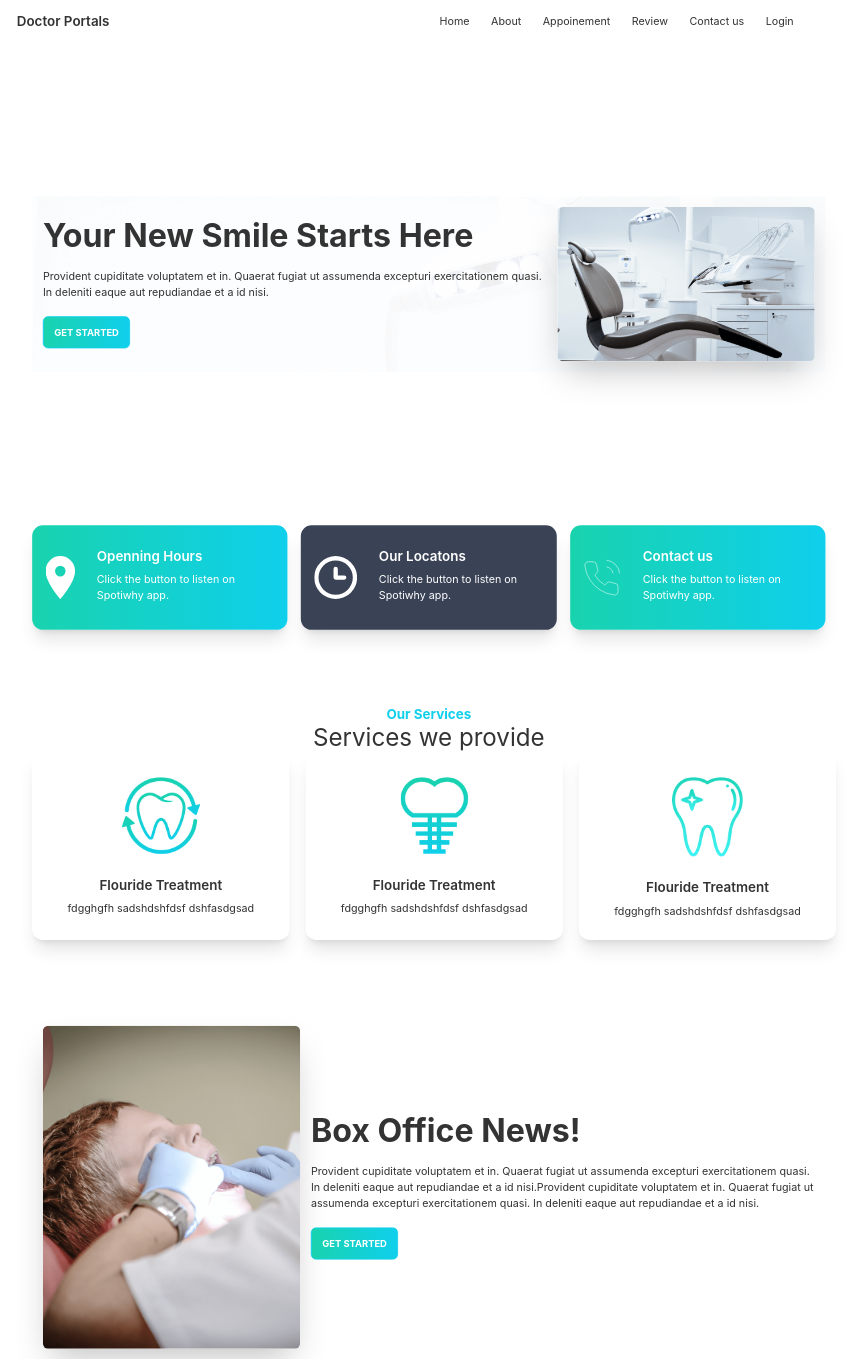
Repository: devsajid/doctors-portal-client
Page: /
The author's editor kept a copy of each file at every save. The page is drawn from the files as they stood at one save, then again after the next save.
The browser window is 1280 px wide. The pictures show the whole page, at 67% of full size.
Backgrounds fixed to the window are drawn as part of the page. The project was rebuilt for these pictures with package versions that can differ from the ones it lists, and the page was loaded fresh each time. Also part of the build but not shown: src/App.css, src/Pages/About/About.js, src/Pages/Appoinment/Appoinment.js, src/Pages/Contact/Contact.js, src/Pages/Login/Login.js, src/Pages/Review/Review.js.

Above is the page before, as saved 2022-08-05 22:45:07.

### src/index.js
import React from "react";
import ReactDOM from "react-dom/client";
import "./index.css";
import App from "./App";
import reportWebVitals from "./reportWebVitals";
import { BrowserRouter } from "react-router-dom";
const root = ReactDOM.createRoot(document.getElementById("root"));
root.render(
  <React.StrictMode>
    <BrowserRouter>
      <App />
    </BrowserRouter>
  </React.StrictMode>
);

reportWebVitals();

### src/App.js
import "./App.css";
import Navbar from "./Pages/Home/Share/Navbar/Navbar";
import { Routes, Route } from "react-router-dom";
import Home from "./Pages/Home/Home";
import About from "./Pages/About/About";
import Appoinement from "./Pages/Appoinment/Appoinment";
import Contact from "./Pages/Contact/Contact";
import Login from "./Pages/Login/Login";
import Review from "./Pages/Review/Review";
function App() {
  return (
    <div>
      <Navbar></Navbar>
      <Routes>
        <Route path="/" element={<Home />} />
        <Route path="about" element={<About />} />
        <Route path="appoinement" element={<Appoinement />} />
        <Route path="contact" element={<Contact />} />
        <Route path="login" element={<Login />} />
        <Route path="review" element={<Review />} />
      </Routes>
    </div>
  );
}

export default App;

### src/Pages/Home/Share/Navbar/Navbar.js
import React from "react";
import { Link } from "react-router-dom";

const Navbar = () => {
  const menuItem = (
    <>
      {" "}
      <li>
        <Link to="/">Home</Link>
      </li>
      <li>
        <Link to="about">About</Link>
      </li>
      <li>
        <Link to="appoinement">Appoinement</Link>
      </li>
      <li>
        <Link to="review">Review</Link>
      </li>
      <li>
        <Link to="contact">Contact us</Link>
      </li>
      <li>
        <Link to="login">Login</Link>
      </li>
    </>
  );
  return (
    <div>
      <div class="navbar   bg-base-100">
        <div class="navbar-start">
          <div class="dropdown">
            <label tabindex="0" class="btn btn-ghost lg:hidden">
              <svg
                xmlns="http://www.w3.org/2000/svg"
                class="h-5 w-5"
                fill="none"
                viewBox="0 0 24 24"
                stroke="currentColor"
              >
                <path
                  stroke-linecap="round"
                  stroke-linejoin="round"
                  stroke-width="2"
                  d="M4 6h16M4 12h8m-8 6h16"
                />
              </svg>
            </label>
            <ul
              tabindex="0"
              class="menu menu-compact dropdown-content mt-3 p-2 shadow bg-base-100 rounded-box w-52"
            >
              {menuItem}
            </ul>
          </div>
          <a class="btn btn-ghost normal-case text-xl">Doctor Portals</a>
        </div>
        <div class="navbar-center hidden lg:flex">
          <ul class="menu menu-horizontal p-0">{menuItem}</ul>
        </div>
      </div>
    </div>
  );
};

export default Navbar;

### src/Pages/Home/Home.js
import React from "react";
import Services from "../Services/Services";
import Terms from "../Terms/Terms";
import Banner from "./Banner/Banner";
import Info from "./Info/Info";

const Home = () => {
  return (
    <div className="px-12">
      <Banner></Banner>
      <Info></Info>
      <Services></Services>
      <Terms></Terms>
    </div>
  );
};

export default Home;

### src/Pages/Services/Services.js
import React from "react";
import fluoride from "../../assets/images/fluoride.png";
import cavity from "../../assets/images/cavity.png";
import whitening from "../../assets/images/whitening.png";
import Service from "./Service";
const Services = () => {
  const services = [
    {
      _id: 1,
      name: "Flouride Treatment",
      description: "fdgghgfh sadshdshfdsf dshfasdgsad",
      img: fluoride,
    },
    {
      _id: 2,
      name: "Flouride Treatment",
      description: "fdgghgfh sadshdshfdsf dshfasdgsad",
      img: cavity,
    },
    {
      _id: 3,
      name: "Flouride Treatment",
      description: "fdgghgfh sadshdshfdsf dshfasdgsad",
      img: whitening,
    },
  ];
  return (
    <div className="my-28">
      <div className="text-center">
        <h3 className="text-primary text-xl font-bold upparecase">
          Our Services
        </h3>
        <h1 className="text-4xl">Services we provide</h1>
      </div>
      <div className="grid sm:grid-cols-1 md:grid-cols-2 lg:grid-cols-3 gap-10">
        {" "}
        {services.map((service) => (
          <Service key={service._id} service={service}></Service>
        ))}
      </div>
    </div>
  );
};

export default Services;

### src/Pages/Terms/Terms.js
import React from "react";
import treatment from "../../assets/images/treatment.png";
import PrimaryButton from "../Home/Share/Navbar/PrimaryButton/PrimaryButton";
const Terms = () => {
  return (
    <div class="hero">
      <div class="hero-content pl-30 flex-col lg:flex-row ml-">
        <img
          src={treatment}
          class="max-w-sm rounded-lg shadow-2xl"
          alt="treatmaent"
        />
        <div>
          <h1 class="text-5xl font-bold">Box Office News!</h1>
          <p class="py-6">
            Provident cupiditate voluptatem et in. Quaerat fugiat ut assumenda
            excepturi exercitationem quasi. In deleniti eaque aut repudiandae et
            a id nisi.Provident cupiditate voluptatem et in. Quaerat fugiat ut
            assumenda excepturi exercitationem quasi. In deleniti eaque aut
            repudiandae et a id nisi.
          </p>
          <PrimaryButton></PrimaryButton>
        </div>
      </div>
    </div>
  );
};

export default Terms;

### src/Pages/Home/Banner/Banner.js
import React from "react";
import chair from "../../../assets/images/chair.png";
import bg from "../../../assets/images/bg.png";
import PrimaryButton from "../Share/Navbar/PrimaryButton/PrimaryButton";
const Banner = () => {
  return (
    <div>
      <div class="hero min-h-screen ">
        <div
          class="hero-content bg-fixed flex-col lg:flex-row-reverse"
          style={{ backgroundImage: `url(${bg})` }}
        >
          <img src={chair} class="max-w-sm rounded-lg shadow-2xl" />
          <div>
            <h1 class="text-5xl font-bold">Your New Smile Starts Here</h1>
            <p class="py-6">
              Provident cupiditate voluptatem et in. Quaerat fugiat ut assumenda
              excepturi exercitationem quasi. In deleniti eaque aut repudiandae
              et a id nisi.
            </p>
            <PrimaryButton></PrimaryButton>
          </div>
        </div>
      </div>
    </div>
  );
};

export default Banner;

### src/Pages/Home/Info/Info.js
import React from "react";
import InfoCard from "../Info/InfoCard";
import clock from "../../../assets/icons/clock.svg";
import marker from "../../../assets/icons/marker.svg";
import phone from "../../../assets/icons/phone.svg";
const Info = () => {
  return (
    <div className="grid grid-cols-1 lg:grid-cols-3 gap-5 ">
      <InfoCard
        cardTitle="Openning Hours"
        bgClass="bg-gradient-to-r from-secondary to-primary"
        img={marker}
      ></InfoCard>
      <InfoCard
        cardTitle="Our Locatons"
        bgClass="bg-accent"
        img={clock}
      ></InfoCard>
      <InfoCard
        cardTitle="Contact us"
        bgClass="bg-gradient-to-r from-secondary to-primary"
        img={phone}
      ></InfoCard>
    </div>
  );
};

export default Info;

### src/Pages/Services/Service.js
import React from "react";

const Service = ({ service }) => {
  return (
    <div class="card lg:max-w-lg w-96 bg-base-100 shadow-xl">
      <figure class="px-10 pt-10">
        <img src={service.img} alt="Shoes" class="rounded-xl" />
      </figure>
      <div class="card-body items-center text-center">
        <h2 class="card-title">{service.name}</h2>
        <p>{service.description}</p>
      </div>
    </div>
  );
};

export default Service;

### src/Pages/Home/Share/Navbar/PrimaryButton/PrimaryButton.js
import React from "react";

const PrimaryButton = () => {
  return (
    <div>
      <button class="btn btn-primary uppercase text-white font-bold bg-gradient-to-r from-secondary to-primary">
        Get Started
      </button>{" "}
    </div>
  );
};

export default PrimaryButton;

### src/Pages/Home/Info/InfoCard.js
import React from "react";

const InfoCard = ({ img, cardTitle, bgClass }) => {
  return (
    <div class={`card lg:card-side shadow-xl ${bgClass}`}>
      <figure className="pl-5">
        <img src={img} alt="Album" />
      </figure>
      <div class="card-body text-white">
        <h2 class="card-title">{cardTitle}</h2>
        <p>Click the button to listen on Spotiwhy app.</p>
        <div class="card-actions justify-end"></div>
      </div>
    </div>
  );
};

export default InfoCard;

### tailwind.config.js
/** @type {import('tailwindcss').Config} */
module.exports = {
  content: ["./src/**/*.{html,js}"],
  theme: {
    extend: {},
  },
  daisyui: {
    themes: [
      {
        doctortheme: {
          primary: "#0fcfec",
          secondary: "#19D3AE",
          accent: "#3A4256",
          neutral: "#3d4451",
          "base-100": "#ffffff",
        },
      },
      "dark",
      "cupcake",
    ],
  },
  plugins: [require("daisyui")],
};

Loaded but not shown: public/index.html (common file); src/index.css (common file); src/reportWebVitals.js (common file)

After the next save:
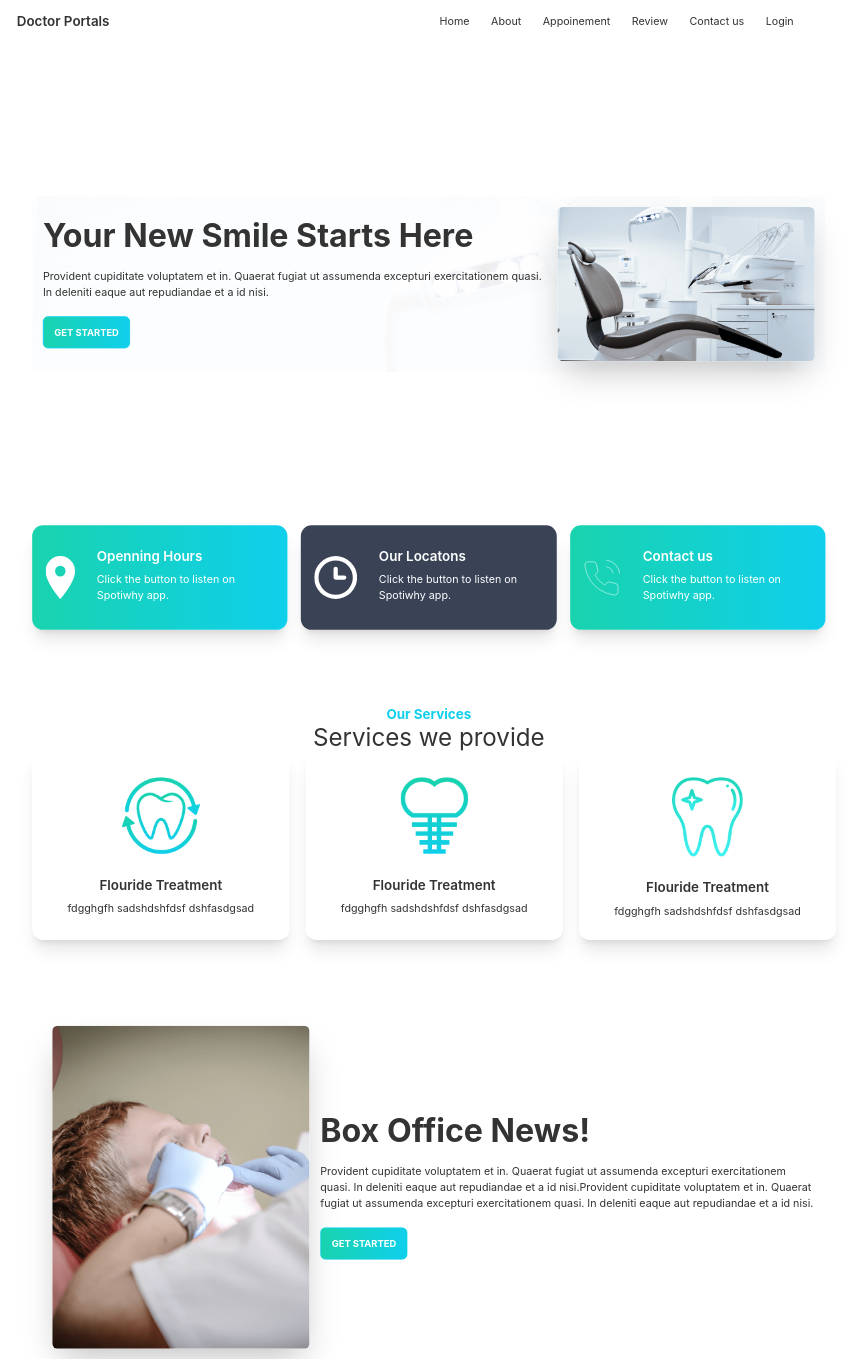
Saved 5 s later.
--- a/src/Pages/Terms/Terms.js
+++ b/src/Pages/Terms/Terms.js
@@ -4,7 +4,7 @@
 const Terms = () => {
   return (
     <div class="hero">
-      <div class="hero-content pl-30 flex-col lg:flex-row ml-">
+      <div class="hero-content pl-30 flex-col lg:flex-row ml-3.5">
         <img
           src={treatment}
           class="max-w-sm rounded-lg shadow-2xl"

After the save that followed:
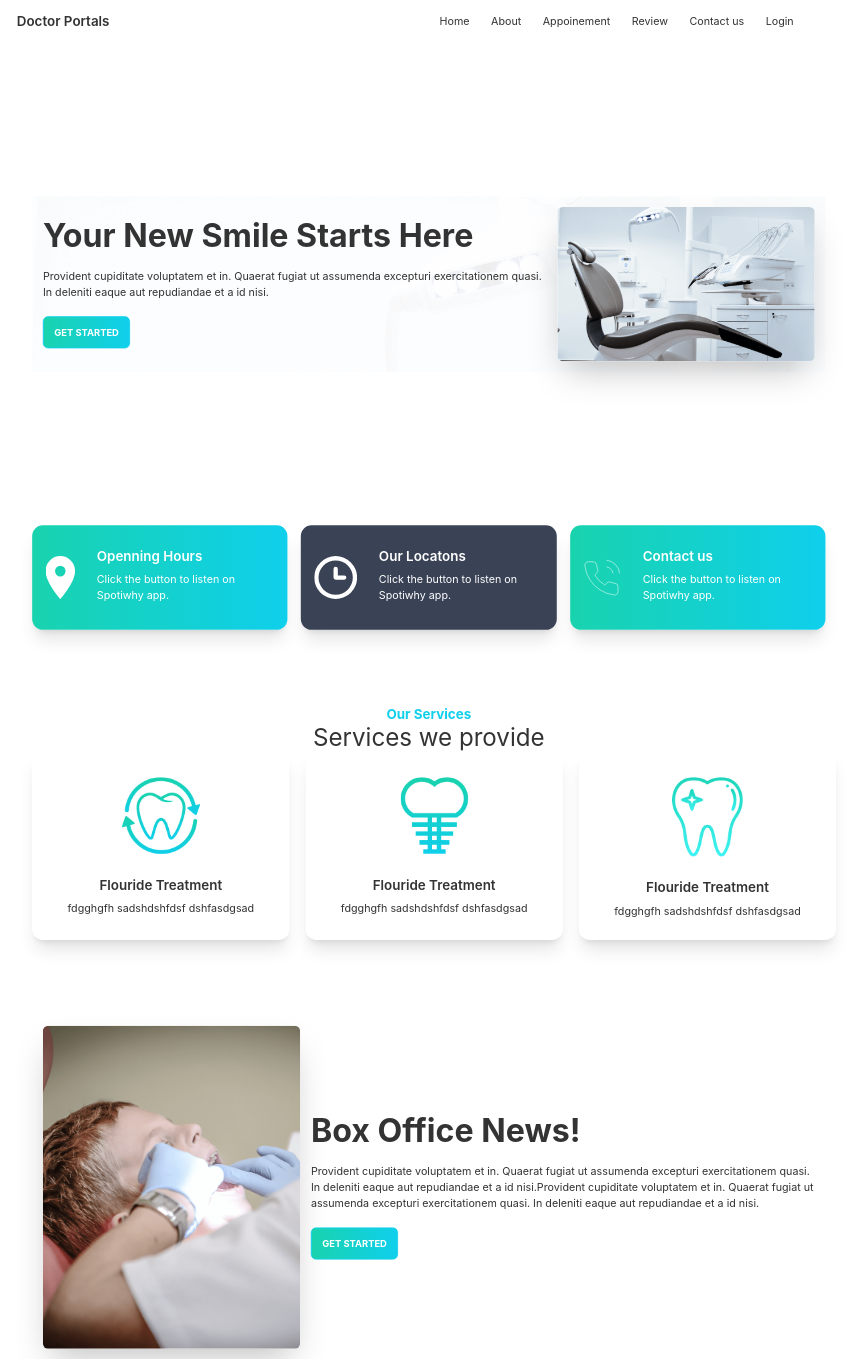
Saved 73 s later.
--- a/src/Pages/Terms/Terms.js
+++ b/src/Pages/Terms/Terms.js
@@ -4,7 +4,7 @@
 const Terms = () => {
   return (
     <div class="hero">
-      <div class="hero-content pl-30 flex-col lg:flex-row ml-3.5">
+      <div class="hero-content pl-30 flex-col lg:flex-row ml-16.875">
         <img
           src={treatment}
           class="max-w-sm rounded-lg shadow-2xl"
